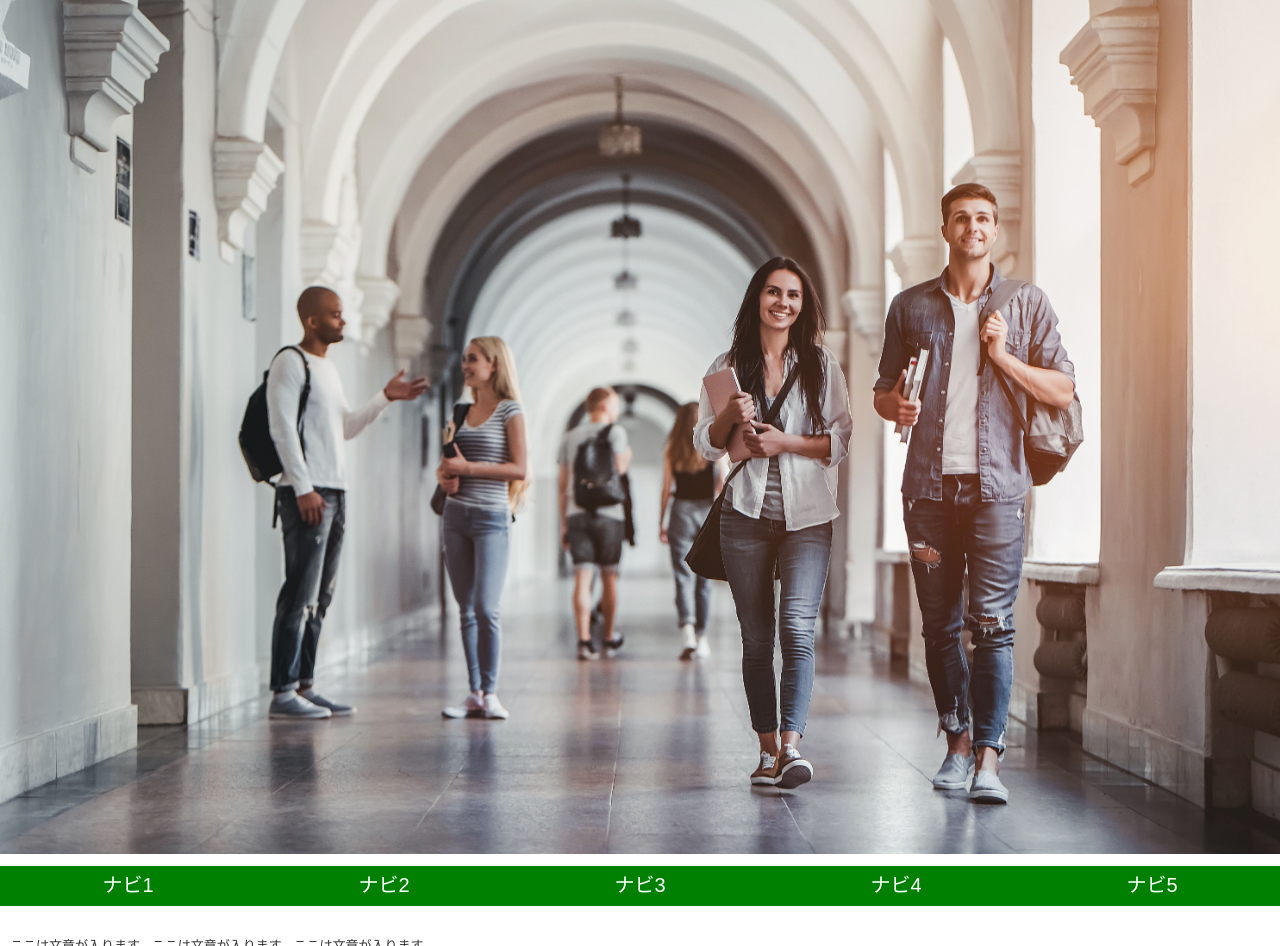
Repository: yu-sk01/samurai_HTML-CSS
Page: home.html
The author's editor kept a record of every edit. The page is drawn from the files as they stood at one moment, then again after the next edit.
The browser window is 1280 px wide. The pictures show the part of the page from y = 0 to 946 px (the page is 1640 px tall).
Pictures or frames that could not be fetched are drawn as grey boxes.

Above is the page before.

### home.html
<!DOCTYPE html>
<html lang="ja">
    <head>
        <meta charset="UTF-8">
        <title>HTML/CSSの学習</title>
        <link rel="stylesheet" href="stylesheet.css">
    </head>
    <body>
       <div id="header">
           <h1><a href="index.html"><img id="corridor" src="images/corridor.jpg" alt="大学の廊下" /></a></h1>
       </div>
        <div id="wrapper">
         <div id="nav">
          <ul>
           <li><a href="home.html">ナビ1</a></li>
           <li><a herf="#">ナビ2</a></li>
           <li><a herf="#">ナビ3</a></li>
           <li><a herf="#">ナビ4</a></li>
           <li><a herf="#">ナビ5</a></li>
          </ul>
        </div>
           <div id="container">
               <div id="main">
                   <div class="post">
                       <p>ここは文章が入ります。ここは文章が入ります。ここは文章が入ります。<br />今は、適当な文章を入れてあります。これをダミーテキストといいます。</p>
                   </div>
                   <div class="post clearfix">
                       <h2>小見出し1</h2>
                      <img class="left" src="images/classroom.jpg" alt="授業風景" />
                       <p>
                           コンテンツ1の本文になります。コンテンツ1の本文になります。コンテンツ1の本文になります。コンテンツ1の本文になります。
                           コンテンツ1の本文になります。コンテンツ1の本文になります。コンテンツ1の本文になります。コンテンツ1の本文になります。
                       </p>
                       <p><a href="#">→コンテンツ1のページへ</a></p>
                   </div>
                   <div class="post clearfix">
                       <h2>小見出し2</h2>
                       <img class="right" src="images/scale.jpg" alt="天秤" />
                       <p>
                           コンテンツ2の本文になります。コンテンツ2の本文になります。コンテンツ2の本文になります。コンテンツ2の本文になります。
                          コンテンツ2の本文になります。コンテンツ2の本文になります。コンテンツ2の本文になります。コンテンツ2の本文になります。
                       </p>
                   </div>
               </div>
           </div>
        </div>
        <div id="footer">
            <p>&copy; 20xx ○○ All Rights Reserved.</p>
        </div>
    </body>
</html>
        <div id="footer">
         <p>&copy; 20xx ○○ All Rights Reserved.</p>
        </div>
    </body>
</html>

### stylesheet.css
@charset "utf-8";

body {
	margin: 0;
	padding: 0;
	font-family: "ヒラギノ角ゴ Pro W3", "Hiragino Kaku Gothic Pro", "メイリオ", Meiryo, Osaka, "ＭＳ Ｐゴシック", "MS PGothic", sans-serif;
	color: #333;
	font-size: 13px;
	line-height: 150%;
}

/* -------------------- wrapper -------------------- */
#wrapper {
    width: 100%;
    margin: auto;
    padding: 0px;
    border: 0px;
    background-color: #FFF;
    top: 10px;
    position: relative;
}

/* -------------------- header -------------------- */
#header {
	width: 100%;
}
#header h1 {
	 margin: 0;
 padding: 0;
}
#corridor {
 width: 100%;
 height: auto;
}
/*-------------------footer------------------------*/
#footer {
	 clear: both;
	 width: 100%;
	 padding: 3px 0 3px 0;
	 background: #39F;
	 color: #FFF;
	 font-weight: bold;
	 text-align: center;
}
/* -------------------- nav -------------------- */
#nav {
	width: 100%;
}
#nav ul {
	margin: 0;
	padding: 0;
	list-style-type: none;
}
#nav ul li {
	float: left;
	width: 20%;
	text-align: center;
}
#nav ul li a {
	display: block;
	height: 20px;
	margin: 0;
	padding: 10px;
	color: #FFF;
	font-size: 20px;
	text-decoration: none;
	background-color: green;
}
/* -------------------- container -------------------- */
#container {
 width: 100%;
 margin: auto ;
 padding: auto;
 padding-top: 20px;
 clear: both;
}
/* -------------------- main -------------------- */
#main {
 float: left;
 width: 60%;
 padding: 10px 30px 10px 10px;
}
#main h2 {
 margin: 0 0 10px 0;
 padding: 3px 10px 3px 10px;
 color: #FFF;
 font-size: 16px;
 border-left: solid 10px #C00;
 background: #F90 url(../images/main_h2.jpg) right top repeat-y;
}
#main p {
 margin: 0;
 padding: 0;
}
#main .post {
 margin: 0 0 30px 0;
}
#main .post img.right {
 margin: 0 0 0 8px;
}
#main .post img.left {
 margin: 0 8px 0 0;
}
.right {
 float: right;
 width: 40%;
 height: auto;
}
.left {
 float: left;
 width: 40%;
 height: auto;
}
/* -------------------- clearfix -------------------- */
.clearfix {
 zoom: 1;
}
.clearfix:after{
 content: "";
 display: block;
 clear: both;
}
/* -------------------- side -------------------- */
#side {
 float: right;
 width: 30%;
	 padding: 20px;
	 background-color: #F99;
}
#side .box {
	 margin: 0 auto 30px auto;
	 padding: 0 0 20px 0;
	 background: url(images/side_box.png) bottom no-repeat;
}
#side .box h2 {
	 margin: 0;
	 padding: 8px;
	 text-align: center;
	 color: #fff;
	 font-size: 16px;
	 line-height: 16px;
	 font-weight: normal;
	 background: url(images/side_box_h2.png) center no-repeat;
}
#side .box .boxBody {
	 padding: 8px;
	 border-right: solid 1px #C36;
	 border-bottom: solid 1px #C36;
	 border-left: solid 1px #C36;
	 background: #fff;
}
#side .box .boxBody ul {
 margin: 0 0 16px 0;
	 padding: 0;
}
#side .box .boxBody ul li {
	 padding: 8px 0 8px 4px;
	 list-style: none;
	 border-bottom: solid 1px #C36;
}

After the next edit:
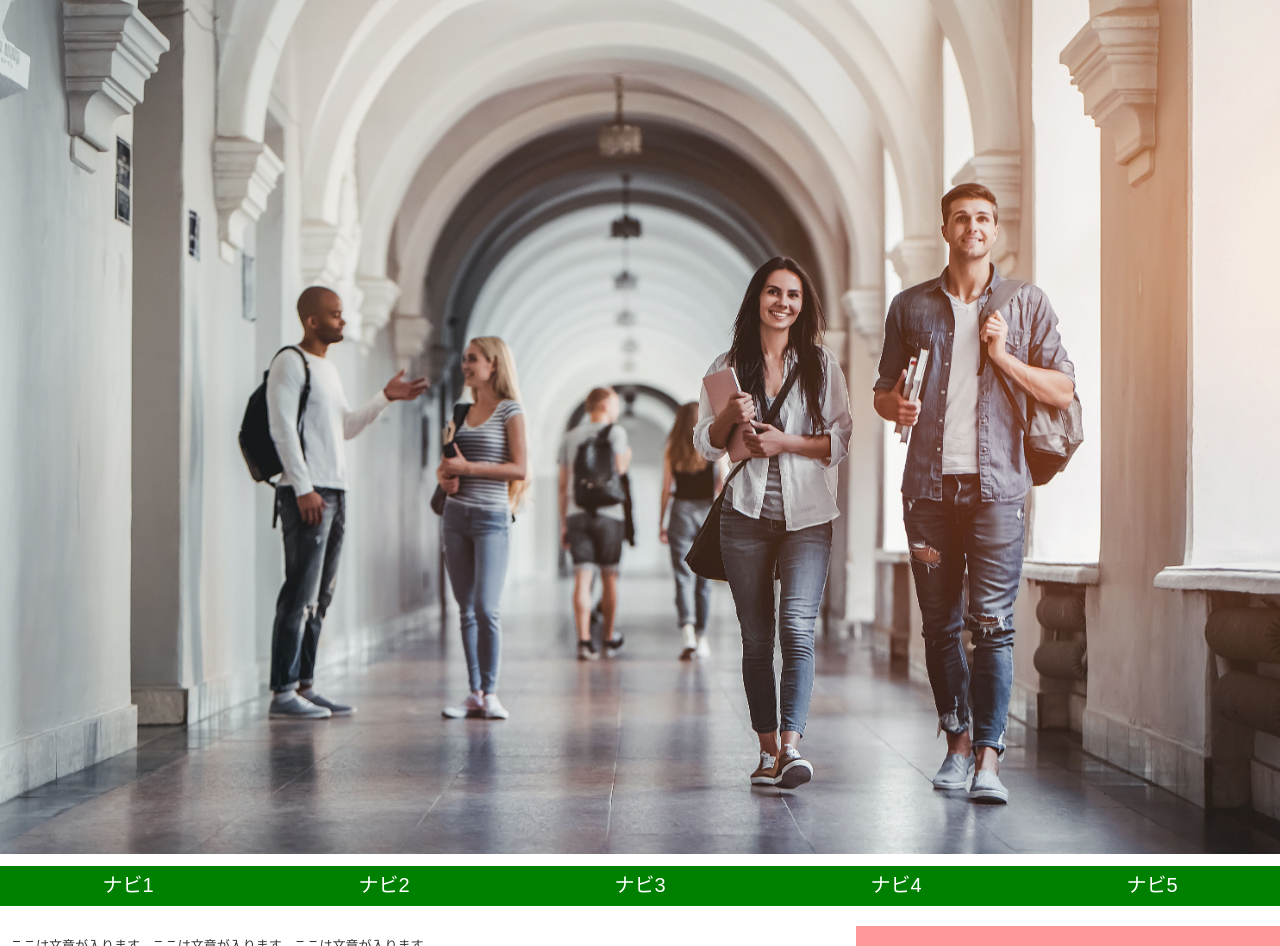
The edit:
--- a/home.html
+++ b/home.html
@@ -43,6 +43,30 @@
                    </div>
                </div>
            </div>
+           <div id="side">
+               <div class="box">
+                   <h2>サイドメニュー1</h2>
+                   <div class="boxBody">
+                       <ul>
+                           <li>項目1</li>
+                           <li>項目2</li>
+                           <li>項目3</li>
+                           <li>項目4</li>
+                       </ul>
+                   </div>
+               </div>
+               <div class="box">
+                   <h2>サイドメニュー2</h2>
+                   <div class="boxBody">
+                       <ul>
+                           <li>項目1</li>
+                           <li>項目2</li>
+                           <li>項目3</li>
+                           <li>項目4</li>
+                       </ul>
+                   </div>
+               </div>
+           </div>
         </div>
         <div id="footer">
             <p>&copy; 20xx ○○ All Rights Reserved.</p>
